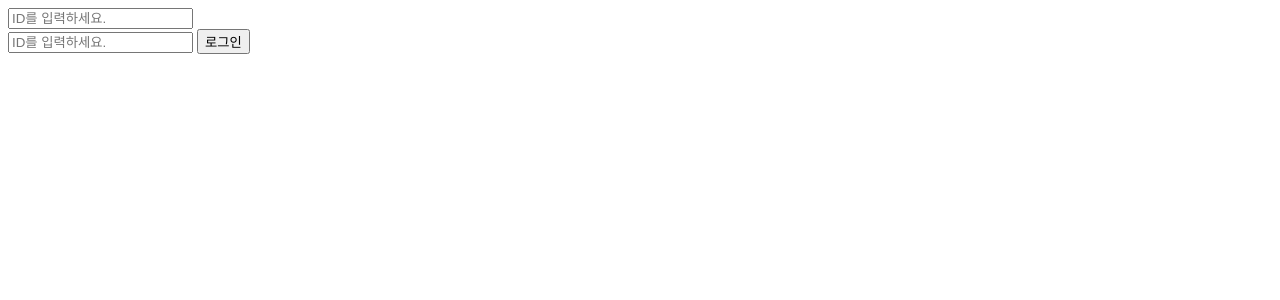
Repository: woneeseo/javastudy
Page: htmlStudy/workspace_html/HelloWorld/WebContent/c.html
An editor plug-in stored every save of this project. The page is shown before and after the next save, followed by the edit.
The browser window is 1280 px wide. The pictures show the whole page.

Above is the page before, as saved 2020-12-04 05:41:29.

After the next save:
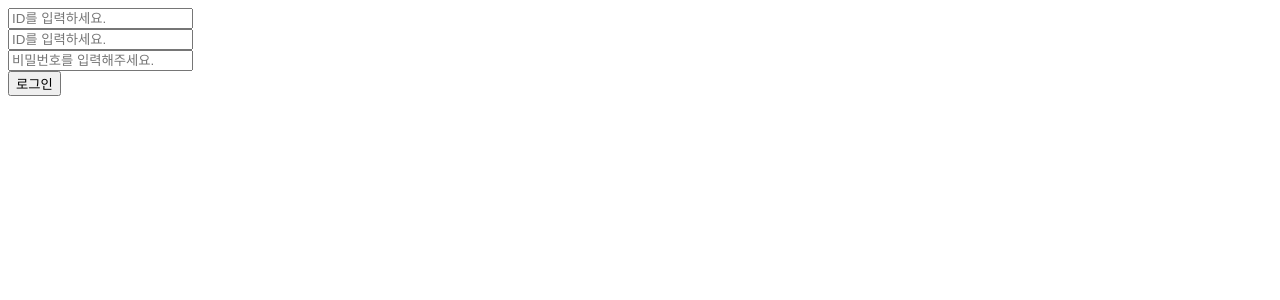
Saved 3 min 7 s later.
--- a/htmlStudy/workspace_html/HelloWorld/WebContent/c.html
+++ b/htmlStudy/workspace_html/HelloWorld/WebContent/c.html
@@ -14,6 +14,9 @@
 <form action="b.html">
 
 	<input name="ID" placeholder="ID를 입력하세요.">
+	<br>
+	<input name="pw" placeholder="비밀번호를 입력해주세요.">
+	<br>
 	<input type="submit" value="로그인">
 
 </form>
